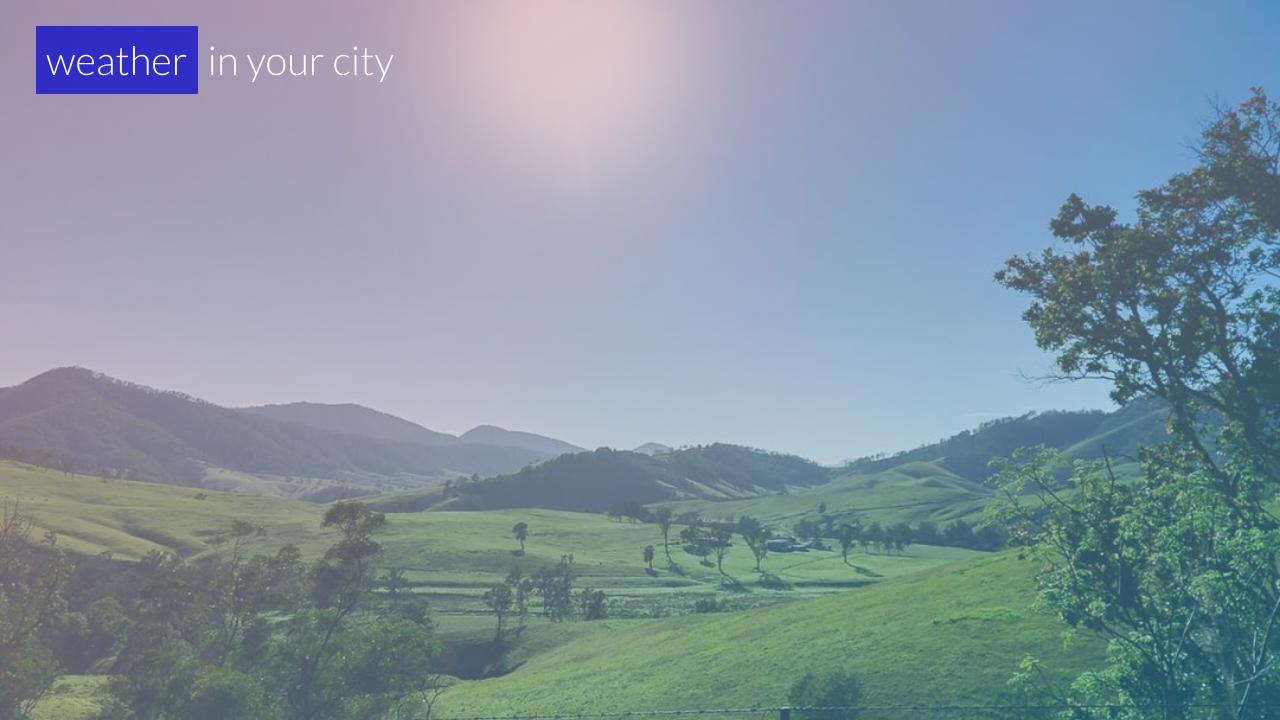
Repository: nosplashurinal/weather-app
Page: /
These files come from the project's save history. The page is drawn as it stood at one moment and after the next save; the edit follows.
The browser window is 1280 px wide. The pictures show the whole page.
The project was rebuilt for these pictures with package versions that can differ from the ones it lists, and the page was loaded fresh each time. Also part of the build but not shown: src/components/RecentSearches.vue, src/components/Search.vue, src/components/WeatherDataBlock.vue, src/components/Login.vue.

Above is the page before, as saved 2018-12-31 02:37:51.

### public/index.html
<!DOCTYPE html>
<html lang="en">

<head>
	<meta charset="utf-8">
	<meta http-equiv="X-UA-Compatible" content="IE=edge">
	<meta name="viewport" content="width=device-width,initial-scale=1.0">
	<link rel="icon" href="<%= BASE_URL %>favicon.ico">
	<link href="https://fonts.googleapis.com/css?family=Lato:300,400" rel="stylesheet">
	<title>weather-app</title>
</head>

<body>
	<noscript>
		<strong>We're sorry but weather-app doesn't work properly without JavaScript enabled. Please enable it to continue.</strong>
	</noscript>
	<div id="app"></div>
	<!-- built files will be auto injected -->
</body>

</html>

### src/App.vue
<template>
  <div class="root-container">
    <div class="bg" v-bind:style="{backgroundImage: `url(${bg})`}"></div>
    <div class="overlay"></div>
    <div class="title">
      <span>weather</span>
      <span>in your city</span>
    </div>
    <Login v-if="!loginSuccess && !showRegistration" v-on:on-login="attemptLogin" />
    <Registration v-if="showRegistration" />
    <div v-if="loginSuccess" class="search-container" v-bind:class="{resultActive: showResults}">
      <Search
        v-bind:message="message"
        v-bind:showLoading="isLoadingResults"
        v-bind:isError="isError"
        v-on:on-key-press="onClickSearch"
        v-on:on-change="onInputChange"
      />
      <transition name="ease">
        <div class="results-container" v-if="showResults">
          <WeatherDataBlock v-bind:weatherData="weatherData"/>
        </div>
      </transition>
    </div>
  </div>
</template>

<script>
import Search from "./components/Search.vue";
import WeatherDataBlock from "./components/WeatherDataBlock.vue";
import Login from "./components/Login.vue";
import Registration from "./components/Registration.vue";
import axios from "axios";

export default {
  name: "app",
  components: {
    Search,
    WeatherDataBlock,
    Login,
    Registration
  },
  data() {
    return {
      currentQueryValue: null,
      results: [],
      showResults: false,
      address: null,
      isError: false,
      message: null,
      searchQuery: null,
      isLoadingResults: false,
      units: "metric",
      weatherData: undefined,
      bg: "/images/bg.jpg",
      weatherBg: null,
      screenWidth: window.innerWidth,
      screenHeight: window.innerHeight,
      showRegistration: false,
      loginSuccess: false
    };
  },
  created: function() {
    if (!JSON.parse(window.localStorage.getItem("user"))) {
      this.showRegistration = true;
    }
  },
  mounted: function() {
    if (JSON.parse(window.localStorage.getItem("searches"))) {
      this.validateRecentSearches();
    }
  },
  watch: {
    async searchQuery(newQuery) {
      let storedWeatherData;
      this.showResults = false;

      // Check if anything is saved in localStorage
      if (window.localStorage.getItem("searches")) {
        // Now, check if the current query matches anything in localStorage
        storedWeatherData = this.getFromLocalStorage(newQuery);
      } else {
        // Create an empty object in localStorage
        window.localStorage.setItem("searches", null);
      }
      if (storedWeatherData) {
        this.isLoadingResults = true;
        // Translate localStorage data into the format needed to display the data
        setTimeout(
          () =>
            (this.weatherData = this.parseStoredWeatherData(
              storedWeatherData.result
            )),
          0.0001
        );
      } else {
        this.isLoadingResults = true;
        try {
          let weatherData = await this.fetchWeatherDataForCity(
            this.searchQuery
          );
          const formattedData = this.parseApiResponse(newQuery, weatherData);
          this.pushDataToLocalStorage(formattedData);
          this.weatherData = formattedData.result;
        } catch {
          this.isLoadingResults = false;
          this.isError = true;
        }
      }
    },
    weatherData() {
      this.isLoadingResults = false;
      this.showResults = true;
      this.changeBackgroundImage();
    }
  },
  methods: {
    async validateRecentSearches() {
      let storedData = window.localStorage.getItem("searches");
      let storedDataObject = JSON.parse(storedData);
      let promiseArray = [];
      let newDataObject = [];
      storedDataObject.forEach(({ result }) => {
        promiseArray.push(this.fetchWeatherDataForCity(result.name));
      });
      let responseArray = await Promise.all(promiseArray);
      responseArray.forEach((data, index) => {
        const formattedData = this.parseApiResponse(
          storedDataObject[index].query,
          data
        );
        newDataObject.push(formattedData);
      });
      window.localStorage.setItem("searches", JSON.stringify(newDataObject));
    },
    timeDifferenceBetwenNowAndDate(d) {
      const date = new Date(d * 1000);
      const now = new Date();
      return (now.getTime() - date.getTime()) / (1000 * 60);
    },
    attemptLogin(e) {
      const user = window.localStorage.getItem("user");
      if (user === e) {
        this.loginSuccess = true;
      }
    },
    onInputChange() {
      if (this.isError) this.isError = false;
    },
    pushDataToLocalStorage(newDataItem) {
      let storedData = window.localStorage.getItem("searches");
      let storedDataObject = JSON.parse(storedData);
      let newDataObject = [];
      if (storedDataObject) {
        newDataObject = [...storedDataObject, newDataItem];
      } else {
        newDataObject.push(newDataItem);
      }
      window.localStorage.setItem("searches", JSON.stringify(newDataObject));
    },
    parseApiResponse(query, data) {
      return {
        query,
        result: {
          id: data.sys.id,
          temp: data.main.temp,
          name: data.name,
          country: data.sys.country,
          icon: data.weather[0].icon,
          description: data.weather[0].description,
          date: data.dt,
          humidity: data.wind.speed,
          wind: data.main.humidity
        }
      };
    },
    parseStoredWeatherData(data) {
      return {
        name: data.name,
        country: data.country,
        humidity: data.humidity,
        temp: data.temp,
        wind: data.wind,
        icon: data.icon,
        description: data.description,
        date: data.date
      };
    },
    getFromLocalStorage(i) {
      const localStorage = window.localStorage;
      const searchObject = JSON.parse(localStorage.getItem("searches"));
      if (searchObject) {
        return searchObject.find(item => item.query === i);
      } else {
        return null;
      }
    },
    onClickSearch(e) {
      this.searchQuery = e;
    },
    fetchWeatherDataForCity(city) {
      return new Promise((resolve, reject) => {
        axios
          .get(
            `http://api.openweathermap.org/data/2.5/weather?q=${city}&APPID=7c519880689160b16f5d233f16f2868d${
              this.units === "metric" ? "&units=metric" : ""
            }`
          )
          .then(response => {
            if (response.status === 404) {
              reject(response.err);
            } else {
              resolve(response.data);
            }
          })
          .catch(() => {
            this.isError = true;
            this.isLoadingResults = false;
            return;
          });
      });
    },
    changeBackgroundImage() {
      var newImg = new Image();
      newImg.onload = () => (this.bg = newImg.src);
      newImg.src = `https://loremflickr.com/1920/1080/${
        this.weatherData.description
      }`;
    }
  }
};
</script>

<style lang="scss" src="@/styles/app.scss">
</style>

### src/styles/app.scss
@import "./global.scss";
@import "./constants.scss";

.root-container {
  width: 100%;
  height: auto;
  overflow-y: scroll;
  overflow-x: hidden;
  font-size: 16px;
}
.bg {
  position: absolute;
  background-repeat: no-repeat;
  background-size: cover;
  background-position: center;
  -webkit-transition: background-image 500ms ease-in-out;
  transition: background-image 500ms ease-in-out;
  width: 100%;
  height: 100%;
}
.overlay {
  position: absolute;
  width: 100%;
  height: 100%;
  background-image: linear-gradient(
    to bottom right,
    rgba(230, 154, 154, 0.65),
    rgba(44, 181, 232, 0.4)
  );
}
.title {
  position: absolute;
  top: 36px;
  left: 36px;
  width: auto;
  height: auto;
  text-align: center;
  font-size: 2.5em;
  color: #fff;
  font-family: $font-primary;
  font-weight: 100;
  > span {
    padding: 0.25em;
    &:nth-child(1) {
      background-color: rgba($blue, 0.7);
    }
  }
}
.search-container {
  position: absolute;
  top: 50%;
  transform: translate(-50%, -50%);
  left: 50%;
  .results-container {
    margin-top: 4em;
    z-index: 9;
  }
}
.ease-enter-active,
.ease-leave-active {
  transition: all 900ms cubic-bezier(0, 0.57, 0.01, 0.97);
}
.ease-enter, .ease-leave-to /* .fade-leave-active below version 2.1.8 */ {
  opacity: 0;
  transform: scale(0.9) translate(0, 50px);
}

### src/styles/global.scss
html, body {
	position: relative;
	width: 100%;
	height: 100%;
}

body {
	color: #333;
	margin: 0;
	padding: 0;
	box-sizing: border-box;
	font-family: -apple-system, BlinkMacSystemFont, "Segoe UI", Roboto, Oxygen-Sans, Ubuntu, Cantarell, "Helvetica Neue", sans-serif;
}

a {
	color: rgb(0,100,200);
	text-decoration: none;
}

a:hover {
	text-decoration: underline;
}

a:visited {
	color: rgb(0,80,160);
}

label {
	display: block;
}

input, button, select, textarea {
	font-family: inherit;
	font-size: inherit;
	padding: 0.4em;
	margin: 0 0 0.5em 0;
	box-sizing: border-box;
	border: 1px solid #ccc;
	border-radius: 2px;
}

input:disabled {
	color: #ccc;
}

button {
	background-color: #f4f4f4;
	outline: none;
}

button:active {
	background-color: #ddd;
}

button:focus {
	border-color: #666;
}

p {
	margin: 0;
	padding: 0;
}

ul {
	list-style: none;
}
input:focus {
	outline: 0;
}

### src/styles/constants.scss
$blue: rgb(0, 0, 205);
$font-primary: "Lato", sans-serif;

### src/components/Registration.vue
<template>
  <div class="registration">
    <p>Registration</p>
    <div class="registration">
      <transition name="slide-away">
        <input placeholder="Email" autocomplete="off" type="email" name="email" class="email" id="email">
      </transition>
    </div>
  </div>
</template>
<script>
export default {
  name: "Registration",
  methods: {}
};
</script>
<style lang="scss" src="@/styles/registration.scss">
</style>

### src/styles/registration.scss
@import "./constants.scss";

.search-container {
  position: absolute;
  top: 50%;
  transform: translate(-50%, -50%);
  left: 50%;
  background: $blue;
  color: #fff;
}

Loaded but not shown: src/main.js (common file)

After the next save:
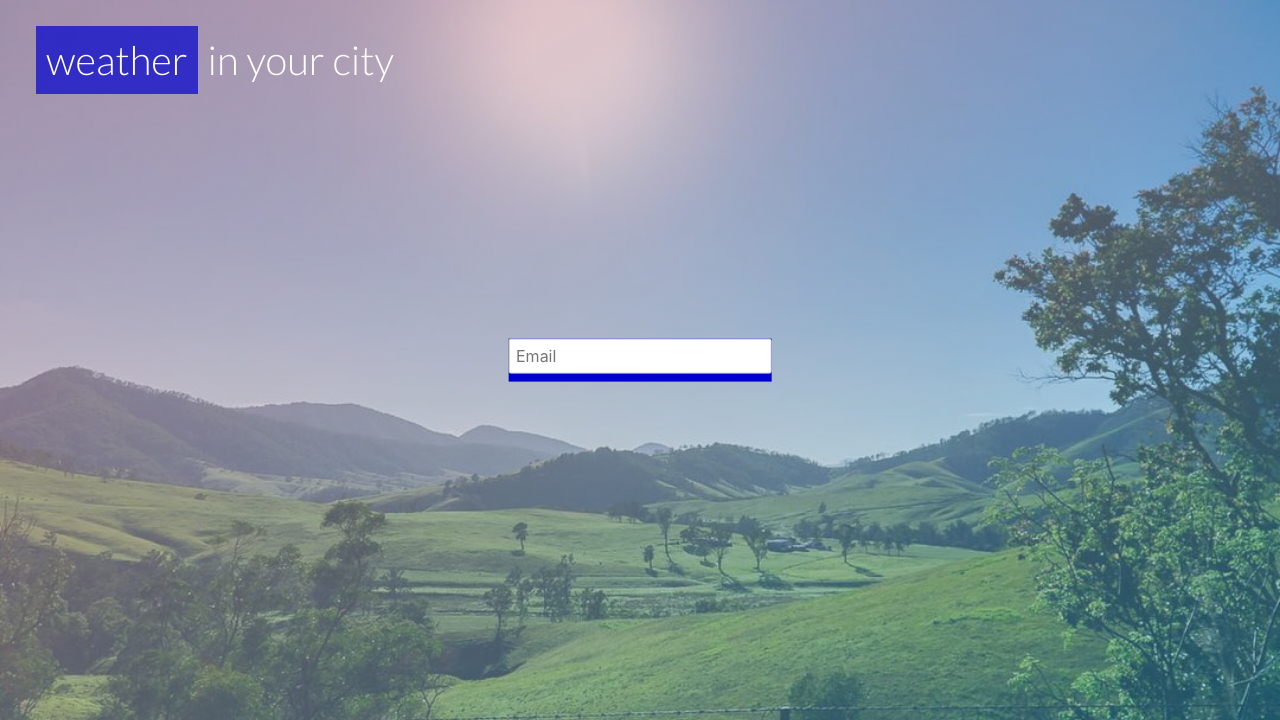
Saved 23 s later.
--- a/src/styles/registration.scss
+++ b/src/styles/registration.scss
@@ -1,6 +1,6 @@
 @import "./constants.scss";
 
-.search-container {
+.registration {
   position: absolute;
   top: 50%;
   transform: translate(-50%, -50%);
